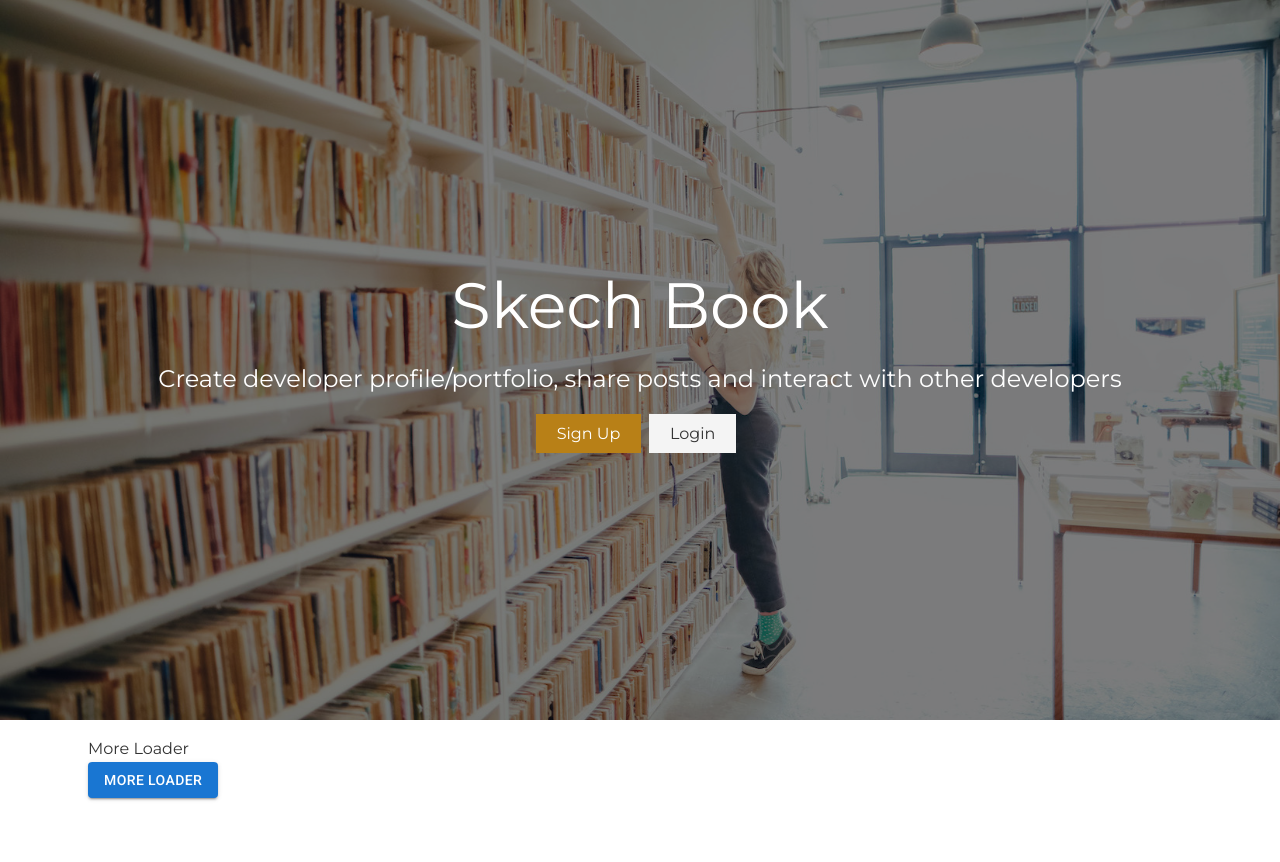
Repository: devnight0913/skechbook
Page: / (app in client/)
The author's editor kept a copy of each file at every save. The page is drawn from the files as they stood at one save, then again after the next save.
The browser window is 1280 px wide. The pictures show the whole page.
The page's requests for data from a server got no answer. Some web libraries are served in a nearby version. The project was rebuilt for these pictures with package versions that can differ from the ones it lists, and the page was loaded fresh each time. No one was signed in, and anything a server would have sent is missing. Also part of the build but not shown: client/craco.config.js, client/src/components/auth/Login.js, client/src/components/auth/Register.js, client/src/components/dashboard/DashboardActions.js, client/src/actions/profile.js, client/src/utils/formatDate.js, client/src/components/dashboard/Experience.js, client/src/components/dashboard/Education.js and 24 more.

Above is the page before, as saved 2023-07-24 21:53:30.

### client/public/index.html
<!DOCTYPE html>
<html lang="en">
  <head>
    <meta charset="utf-8" />
    <link rel="icon" href="%PUBLIC_URL%/favicon.ico" />
    <meta name="viewport" content="width=device-width, initial-scale=1" />
    <meta name="theme-color" content="#000000" />
    <meta
      name="description"
      content="Web site created using create-react-app"
    />
    <link rel="apple-touch-icon" href="%PUBLIC_URL%/logo192.png" />

    <!-- Font Awesome Kit -->
    <script
      src="https://kit.fontawesome.com/9cd49f9282.js"
      crossorigin="anonymous"
    ></script>

    <link rel="manifest" href="%PUBLIC_URL%/manifest.json" />
    <title>Welcome to DevBook</title>
  </head>
  <body>
    <noscript>You need to enable JavaScript to run this app.</noscript>
    <div id="root"></div>
  </body>
</html>

### client/src/index.js
import { render } from 'react-dom';

import '@fontsource/roboto/300.css';
import '@fontsource/roboto/400.css';
import '@fontsource/roboto/500.css';
import '@fontsource/roboto/700.css';
import './index.css'

import App from './App';

render(<App />, document.getElementById('root'));

### client/src/App.js
import { useEffect } from 'react';
import { BrowserRouter, Routes, Route } from 'react-router-dom';

// import Navbar from './components/layout/Navbar';
import Landing from './components/layout/Landing';
import Login from './components/auth/Login';
import Register from './components/auth/Register';
import Alert from './components/layout/Alert';
import Dashboard from './components/dashboard/Dashboard';
import ProfileForm from './components/profile-form/ProfileForm';
import AddExperience from './components/profile-form/AddExperience';
import AddEducation from './components/profile-form/AddEducation';
import Profiles from './components/profiles/Profiles';
import Profile from './components/profile/Profile';
import Posts from './components/posts/Posts';
import Post from './components/post/Post';
import NotFound from './components/layout/NotFound';
import PrivateRoute from './components/routing/PrivateRoute';
import Book from './components/layout/Book';

// Redux
import { Provider } from 'react-redux';
import { store } from './store';
import { loadUser } from './actions/auth';
import { LOGOUT } from './actions/types';
import setAuthToken from './utils/setAuthToken';

import './App.css';
import Footer from './components/layout/Footer';

const App = () => {
  useEffect(() => {
    // check for token in LS when app first runs
    if (localStorage.token) {
      // if there is a token set axios headers for all requests
      setAuthToken(localStorage.token);
    }
    // try to fetch a user, if no token or invalid token we
    // will get a 401 response from our API
    store.dispatch(loadUser());

    // log user out from all tabs if they log out in one tab
    window.addEventListener('storage', () => {
      if (!localStorage.token) store.dispatch({ type: LOGOUT });
    });
  }, []);

  return (
    <Provider store={store}>
      <BrowserRouter>
        {/* <Navbar /> */}

        <Alert />

        <Routes>
          <Route path='/' element={<Landing />} />
          <Route path='register' element={<Register />} />
          <Route path='login' element={<Login />} />
          <Route path='profiles' element={<Profiles />} />
          <Route path='profile/:id' element={<Profile />} />
          <Route path='/book/:id' element={<Book />} />
          <Route
            path='dashboard'
            element={<PrivateRoute component={Dashboard} />}
          />
          <Route
            path='create-profile'
            element={<PrivateRoute component={ProfileForm} />}
          />
          <Route
            path='edit-profile'
            element={<PrivateRoute component={ProfileForm} />}
          />
          <Route
            path='add-experience'
            element={<PrivateRoute component={AddExperience} />}
          />
          <Route
            path='add-education'
            element={<PrivateRoute component={AddEducation} />}
          />
          <Route path='posts' element={<PrivateRoute component={Posts} />} />
          <Route path='posts/:id' element={<PrivateRoute component={Post} />} />
          <Route path='/*' element={<NotFound />} />
        </Routes>

        <Footer />
      </BrowserRouter>
    </Provider>
  );
};

export default App;

### client/src/components/layout/Landing.js
import { Link, Navigate } from 'react-router-dom';
import { connect } from 'react-redux';
import PropTypes from 'prop-types';

const Landing = ({ isAuthenticated }) => {
  if (isAuthenticated) {
    return <Navigate to='/dashboard' />;
  }

  return (
    <section className='landing'>
      <div className='dark-overlay'>
        <div className='landing-inner'>
          <h1 className='x-large'>Skech Book</h1>

          <p className='lead'>
            Create developer profile/portfolio, share posts and interact with
            other developers
          </p>

          <div className='buttons'>
            <Link to='/register' className='btn btn-primary'>
              Sign Up
            </Link>

            <Link to='/login' className='btn'>
              Login
            </Link>
          </div>
        </div>
      </div>
    </section>
  );
};

Landing.propTypes = {
  isAuthenticated: PropTypes.bool,
};

const mapStateToProps = (state) => ({
  isAuthenticated: state.auth.isAuthenticated,
});

export default connect(mapStateToProps)(Landing);

### client/src/components/layout/Alert.js
import PropTypes from 'prop-types';
import { connect } from 'react-redux';

const Alert = ({ alerts }) => (
  <div className='alert-wrapper'>
    {alerts.map((alert) => (
      <div key={alert.id} className={`alert alert-${alert.alertType}`}>
        {alert.msg}
      </div>
    ))}
  </div>
);

Alert.propTypes = {
  alerts: PropTypes.array.isRequired,
};

const mapStateToProps = (state) => ({ alerts: state.alert });

export default connect(mapStateToProps)(Alert);

### client/src/App.css
@import url('https://fonts.googleapis.com/css?family=Montserrat|Raleway&display=swap');
.m-1 {
  margin: 1rem;
}

.my-1 {
  margin: 1rem 0;
}

.p-1 {
  padding: 1rem;
}

.py-1 {
  padding: 1rem 0;
}

.m-2 {
  margin: 2rem;
}

.my-2 {
  margin: 2rem 0;
}

.p-2 {
  padding: 2rem;
}

.py-2 {
  padding: 2rem 0;
}

.m-3 {
  margin: 3rem;
}

.my-3 {
  margin: 3rem 0;
}

.p-3 {
  padding: 3rem;
}

.py-3 {
  padding: 3rem 0;
}

.m-4 {
  margin: 4rem;
}

.my-4 {
  margin: 4rem 0;
}

.p-4 {
  padding: 4rem;
}

.py-4 {
  padding: 4rem 0;
}

.m-5 {
  margin: 5rem;
}

.my-5 {
  margin: 5rem 0;
}

.p-5 {
  padding: 5rem;
}

.py-5 {
  padding: 5rem 0;
}

.container {
  max-width: 1100px;
  margin: auto;
  overflow: hidden;
  padding: 0 2rem;
  margin-top: 6rem;
  margin-bottom: 3rem;
}

.x-large {
  font-size: 4rem;
  line-height: 1.2;
  margin-bottom: 1rem;
}

.large {
  font-size: 3rem;
  line-height: 1.2;
  margin-bottom: 1rem;
}

.lead {
  font-size: 1.5rem;
  margin-bottom: 1rem;
}

.text-primary {
  color: #b88017;
}

.round-img {
  border-radius: 50%;
}

.line {
  height: 1px;
  background: #ccc;
  margin: 1.5rem 0;
}

.bg-primary {
  background-color: #b88017;
  color: #fff;
}

.bg-light {
  background-color: #f4f4f4;
  color: #333;
  border: #ccc 1px solid;
}

.bg-dark {
  background-color: #403734;
  color: #fff;
}

.bg-success {
  background-color: #28a745;
  color: #fff;
}

.bg-danger {
  background-color: #dc3545;
  color: #fff;
}

.bg-white {
  background-color: #fff;
  color: #333;
  border: #ccc 1px solid;
}

.btn {
  display: inline-block;
  background: #f4f4f4;
  color: #333;
  padding: 0.4rem 1.3rem;
  border: none;
  cursor: pointer;
  font-size: 1rem;
  margin-right: 0.5rem;
  outline: none;
  -webkit-transition: all 0.2s ease-in;
  transition: all 0.2s ease-in;
}

.btn.btn-primary {
  background-color: #b88017;
  color: #fff;
}

.btn.btn-primary:hover {
  background: #cf901a;
}

.btn.btn-dark {
  background-color: #403734;
  color: #fff;
}

.btn.btn-dark:hover {
  background: #4e433f;
}

.btn.btn-success {
  background-color: #28a745;
  color: #fff;
}

.btn.btn-success:hover {
  background: #2dbc4e;
}

.btn.btn-danger {
  background-color: #dc3545;
  color: #fff;
}

.btn.btn-danger:hover {
  background: #e04b59;
}

.btn:hover {
  background: #786762;
  color: #fff;
}

.alert {
  padding: 0.8rem;
  margin: 1rem;
  opacity: 0.9;
  background: #f4f4f4;
  color: #333;
}

.alert.alert-primary {
  background-color: #b88017;
  color: #fff;
}

.alert.alert-dark {
  background-color: #403734;
  color: #fff;
}

.alert.alert-success {
  background-color: #28a745;
  color: #fff;
}

.alert.alert-danger {
  background-color: #dc3545;
  color: #fff;
}

.badge {
  font-size: 0.8rem;
  padding: 0.1rem;
  text-align: center;
  margin: 0.3rem;
  background: #f4f4f4;
  color: #333;
}

.badge.badge-primary {
  background-color: #b88017;
  color: #fff;
}

.badge.badge-dark {
  background-color: #403734;
  color: #fff;
}

.badge.badge-success {
  background-color: #28a745;
  color: #fff;
}

.badge.badge-danger {
  background-color: #dc3545;
  color: #fff;
}

.dark-overlay {
  height: 100%;
  width: 100%;
  position: absolute;
  top: 0;
  left: 0;
  background-color: rgba(0, 0, 0, 0.5);
}

.table th,
.table td {
  padding: 1rem;
  text-align: left;
}

.table th {
  background: #f4f4f4;
}

.form-group {
  margin: 1.2rem 0;
}

.form-text {
  display: block;
  margin-top: 0.3rem;
  color: #888;
}

.form input[type='text'],
.form input[type='email'],
.form input[type='password'],
.form input[type='date'],
.form select,
.form textarea {
  display: block;
  width: 100%;
  padding: 0.4rem;
  font-size: 1.2rem;
  border: 1px solid #ccc;
}

.form input[type='submit'] {
  font: inherit;
}

.form .social-input {
  display: -webkit-box;
  display: -ms-flexbox;
  display: flex;
}

.form .social-input i {
  padding: 0.5rem;
  width: 4rem;
}

.form .social-input i.fa-twitter {
  color: #55acee;
}

.form .social-input i.fa-facebook {
  color: #3b5999;
}

.form .social-input i.fa-youtube {
  color: #cd201f;
}

.form .social-input i.fa-reddit {
  color: #ff5700;
}

.form .social-input i.fa-linkedin {
  color: #0077b5;
}

.form .social-input i.fa-instagram {
  color: #e4405f;
}

* {
  -webkit-box-sizing: border-box;
  box-sizing: border-box;
  margin: 0;
  padding: 0;
}

body {
  font-family: 'Montserrat', 'Raleway', sans-serif;
  font-size: 1rem;
  line-height: 1.6;
  background-color: #fff;
  color: #333;
}

a {
  text-decoration: none;
  color: #b88017;
}

ul {
  list-style-type: none;
}

img {
  width: 100%;
}

.navbar {
  display: -webkit-box;
  display: -ms-flexbox;
  display: flex;
  -webkit-box-align: center;
  -ms-flex-align: center;
  align-items: center;
  -webkit-box-pack: justify;
  -ms-flex-pack: justify;
  justify-content: space-between;
  padding: 0.7rem 2rem;
  position: fixed;
  z-index: 1;
  width: 100%;
  top: 0;
  border-bottom: solid 1px #b88017;
  opacity: 0.9;
}

.navbar ul {
  display: -webkit-box;
  display: -ms-flexbox;
  display: flex;
}

.navbar a {
  color: #b88017;
  padding: 0.45rem;
  margin: 0 0.25rem;
}

.navbar a:hover {
  color: #fff;
}

.landing {
  position: relative;
  background: url('./img/showcase.jpg') no-repeat center center/cover;
  height: 100vh;
}

.landing-inner {
  color: #fff;
  height: 100%;
  display: -webkit-box;
  display: -ms-flexbox;
  display: flex;
  -webkit-box-orient: vertical;
  -webkit-box-direction: normal;
  -ms-flex-direction: column;
  flex-direction: column;
  width: 80%;
  margin: auto;
  -webkit-box-align: center;
  -ms-flex-align: center;
  align-items: center;
  -webkit-box-pack: center;
  -ms-flex-pack: center;
  justify-content: center;
  text-align: center;
}

.profile {
  display: -ms-grid;
  display: grid;
  -ms-grid-columns: 2fr 4fr 2fr;
  grid-template-columns: 2fr 4fr 2fr;
  grid-gap: 2rem;
  -webkit-box-align: center;
  -ms-flex-align: center;
  align-items: center;
  padding: 1rem;
  line-height: 1.8;
  margin-bottom: 1rem;
}

.profile-grid {
  display: -ms-grid;
  display: grid;
  grid-template-areas: 'top top' 'about about' 'exp edu' 'github github';
  grid-gap: 1rem;
}

.profile-grid .profile-top {
  -ms-grid-row: 1;
  -ms-grid-column: 1;
  -ms-grid-column-span: 2;
  grid-area: top;
  display: -webkit-box;
  display: -ms-flexbox;
  display: flex;
  -webkit-box-orient: vertical;
  -webkit-box-direction: normal;
  -ms-flex-direction: column;
  flex-direction: column;
  -webkit-box-align: center;
  -ms-flex-align: center;
  align-items: center;
  -webkit-box-pack: center;
  -ms-flex-pack: center;
  justify-content: center;
  text-align: center;
}

.profile-grid .profile-top img {
  width: 250px;
}

.profile-grid .profile-top .icons a {
  color: #fff;
  margin: 0 0.3rem;
}

.profile-grid .profile-top .icons a:hover {
  color: #403734;
}

.profile-grid .profile-about {
  -ms-grid-row: 2;
  -ms-grid-column: 1;
  -ms-grid-column-span: 2;
  grid-area: about;
  text-align: center;
}

.profile-grid .profile-about .skills {
  display: -webkit-box;
  display: -ms-flexbox;
  display: flex;
  -webkit-box-pack: center;
  -ms-flex-pack: center;
  justify-content: center;
  -webkit-box-align: center;
  -ms-flex-align: center;
  align-items: center;
  text-align: center;
}

.profile-grid .profile-exp {
  -ms-grid-row: 3;
  -ms-grid-column: 1;
  grid-area: exp;
}

.profile-grid .profile-edu {
  -ms-grid-row: 3;
  -ms-grid-column: 2;
  grid-area: edu;
}

.profile-grid .profile-exp > div,
.profile-grid .profile-edu > div {
  margin-bottom: 1rem;
  padding-bottom: 1rem;
  border-bottom: #ccc 1px dotted;
}

.profile-grid .profile-exp > div:last-child,
.profile-grid .profile-edu > div:last-child {
  border: none;
}

.profile-grid .profile-exp p,
.profile-grid .profile-edu p {
  margin: 0.5rem 0;
}

.profile-grid .profile-github {
  -ms-grid-row: 4;
  -ms-grid-column: 1;
  -ms-grid-column-span: 2;
  grid-area: github;
}

.profile-grid .profile-github .repo {
  display: -webkit-box;
  display: -ms-flexbox;
  display: flex;
}

.profile-grid .profile-github .repo > div:first-child {
  -webkit-box-flex: 7;
  -ms-flex: 7;
  flex: 7;
  -ms-flex-preferred-size: 70%;
  flex-basis: 70%;
}

.profile-grid .profile-github .repo > div:last-child {
  -webkit-box-flex: 3;
  -ms-flex: 3;
  flex: 3;
  -ms-flex-preferred-size: 20%;
  flex-basis: 20%;
}

.post-form-header {
  padding: 0.5rem;
}

.post {
  display: -ms-grid;
  display: grid;
  -ms-grid-columns: 1fr 4fr;
  grid-template-columns: 1fr 4fr;
  grid-gap: 2rem;
  -webkit-box-align: center;
  -ms-flex-align: center;
  align-items: center;
}

.post > div:first-child {
  text-align: center;
}

.post img {
  width: 150px;
}

.post .comment-count {
  background: var(--light-color);
  color: var(--primary-color);
  padding: 0.1rem 0.2rem;
  border-radius: 5px;
  font-size: 0.8rem;
}

.post .post-date {
  color: #aaa;
  font-size: 0.8rem;
  margin-bottom: 0.5rem;
}

@media (max-width: 700px) {
  .hide-sm {
    display: none;
  }
  .container {
    margin-top: 8rem;
  }
  .x-large {
    font-size: 3rem;
  }
  .large {
    font-size: 2rem;
  }
  .lead {
    font-size: 1rem;
  }
  .navbar {
    display: block;
    text-align: center;
  }
  .navbar ul {
    text-align: center;
    -webkit-box-pack: center;
    -ms-flex-pack: center;
    justify-content: center;
  }
  .navbar h1 {
    margin-bottom: 1rem;
  }
  .dash-buttons a {
    display: block;
    width: 100%;
    margin-bottom: 0.2rem;
  }
  .profile {
    -ms-grid-columns: 1fr;
    grid-template-columns: 1fr;
    text-align: center;
  }
  .profile ul {
    display: none;
  }
  .profile-grid {
    grid-template-areas: 'top' 'about' 'exp' 'edu' 'github';
  }
  .profile-about .skills {
    -webkit-box-orient: vertical;
    -webkit-box-direction: normal;
    -ms-flex-direction: column;
    flex-direction: column;
  }
  .post {
    -ms-grid-columns: 1fr;
    grid-template-columns: 1fr;
  }
  .post a,
  .post button {
    padding: 0.3rem 0.4rem;
  }
}

.alert-wrapper {
  position: fixed;
  top: 4rem;
  right: 2rem;
  display: inline-block;
}

### client/src/actions/alert.js
import { v4 as uuidv4 } from 'uuid';

import { SET_ALERT, REMOVE_ALERT } from './types';

export const setAlert =
  (msg, alertType, timeout = 5000) =>
  (dispatch) => {
    const id = uuidv4();

    dispatch({
      type: SET_ALERT,
      payload: { msg, alertType, id },
    });

    setTimeout(
      () =>
        dispatch({
          type: REMOVE_ALERT,
          payload: id,
        }),
      timeout
    );
  };

### client/src/reducers/index.js
import { combineReducers } from "redux";

import alertReducer from "./alert";
import authReducer from "./auth";
import profileReducer from "./profile";
import postReducer from "./post";

import bookReducer from "./book";

export default combineReducers({
  alert: alertReducer,
  auth: authReducer,
  profile: profileReducer,
  post: postReducer,
  book: bookReducer,
});

### client/src/reducers/alert.js
import { SET_ALERT, REMOVE_ALERT } from '../actions/types';

const initialState = [];

const alertReducer = (state = initialState, action) => {
  const { type, payload } = action;

  switch (type) {
    case SET_ALERT:
      return [...state, payload];
    case REMOVE_ALERT:
      return state.filter((alert) => alert.id !== payload);
    default:
      return state;
  }
};

export default alertReducer;

Loaded but not shown: client/src/index.css (common file); client/src/utils/setAuthToken.js (common file); client/tailwind.config.js (common file); client/src/components/layout/Footer.js (69 lines, source omitted); client/src/reducers/post.js (83 lines, source omitted); client/src/actions/auth.js (78 lines, source omitted); client/src/actions/types.js (36 lines, source omitted); client/src/reducers/profile.js (66 lines, source omitted); client/src/store.js (38 lines, source omitted); client/src/reducers/auth.js (51 lines, source omitted); client/src/utils/api.js (31 lines, source omitted); client/src/actions/book.js (28 lines, source omitted); client/src/reducers/book.js (29 lines, source omitted)

After the next save:
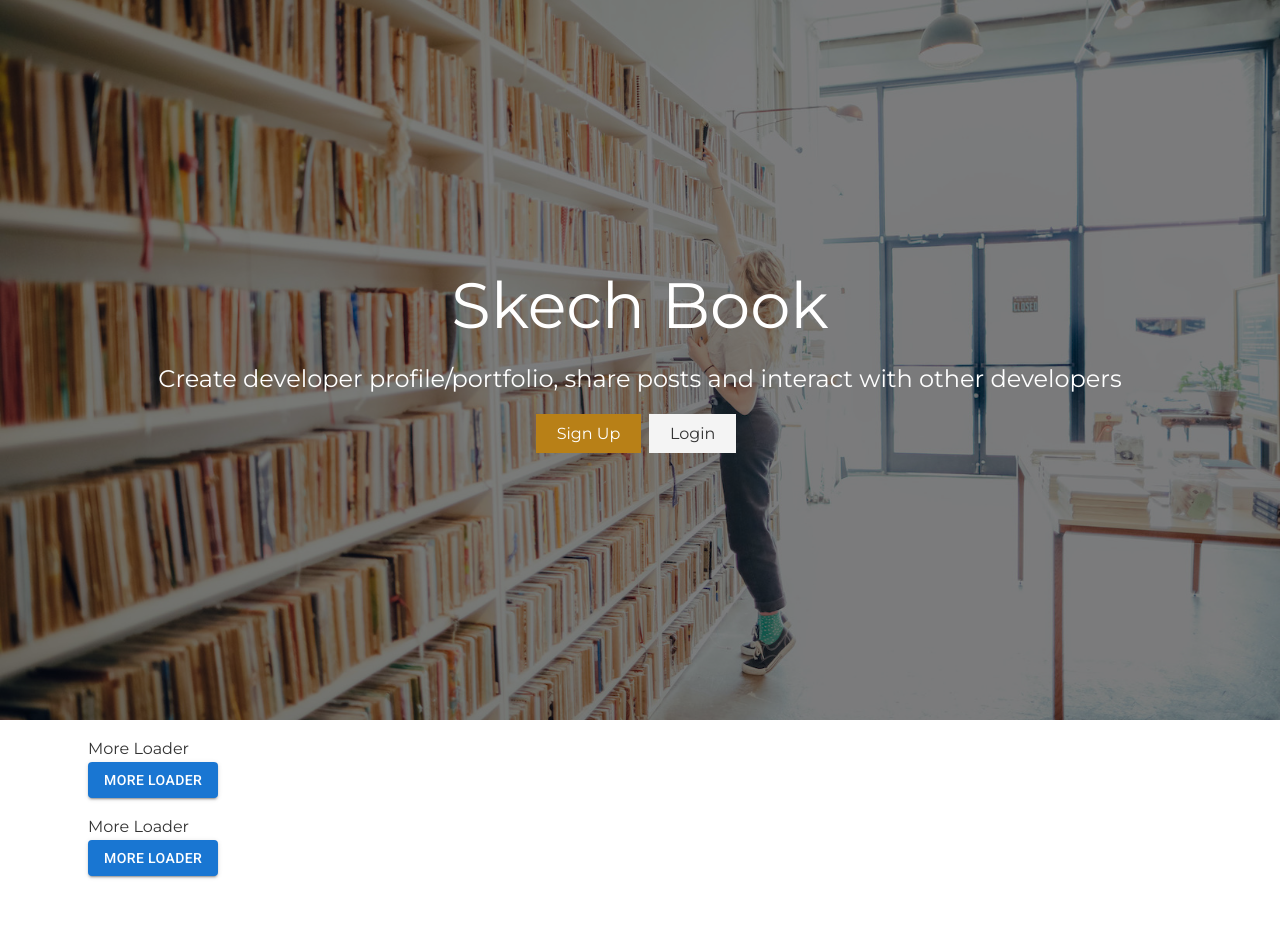
Saved 2 min 2 s later.
--- a/client/src/components/layout/Landing.js
+++ b/client/src/components/layout/Landing.js
@@ -1,35 +1,39 @@
-import { Link, Navigate } from 'react-router-dom';
-import { connect } from 'react-redux';
-import PropTypes from 'prop-types';
+import { Link, Navigate } from "react-router-dom";
+import { connect } from "react-redux";
+import PropTypes from "prop-types";
+import Footer from "./Footer";
 
 const Landing = ({ isAuthenticated }) => {
   if (isAuthenticated) {
-    return <Navigate to='/dashboard' />;
+    return <Navigate to="/dashboard" />;
   }
 
   return (
-    <section className='landing'>
-      <div className='dark-overlay'>
-        <div className='landing-inner'>
-          <h1 className='x-large'>Skech Book</h1>
+    <div>
+      <section className="landing">
+        <div className="dark-overlay">
+          <div className="landing-inner">
+            <h1 className="x-large">Skech Book</h1>
 
-          <p className='lead'>
-            Create developer profile/portfolio, share posts and interact with
-            other developers
-          </p>
+            <p className="lead">
+              Create developer profile/portfolio, share posts and interact with
+              other developers
+            </p>
 
-          <div className='buttons'>
-            <Link to='/register' className='btn btn-primary'>
-              Sign Up
-            </Link>
+            <div className="buttons">
+              <Link to="/register" className="btn btn-primary">
+                Sign Up
+              </Link>
 
-            <Link to='/login' className='btn'>
-              Login
-            </Link>
+              <Link to="/login" className="btn">
+                Login
+              </Link>
+            </div>
           </div>
         </div>
-      </div>
-    </section>
+      </section>
+      <Footer />
+    </div>
   );
 };
 

After the save that followed:
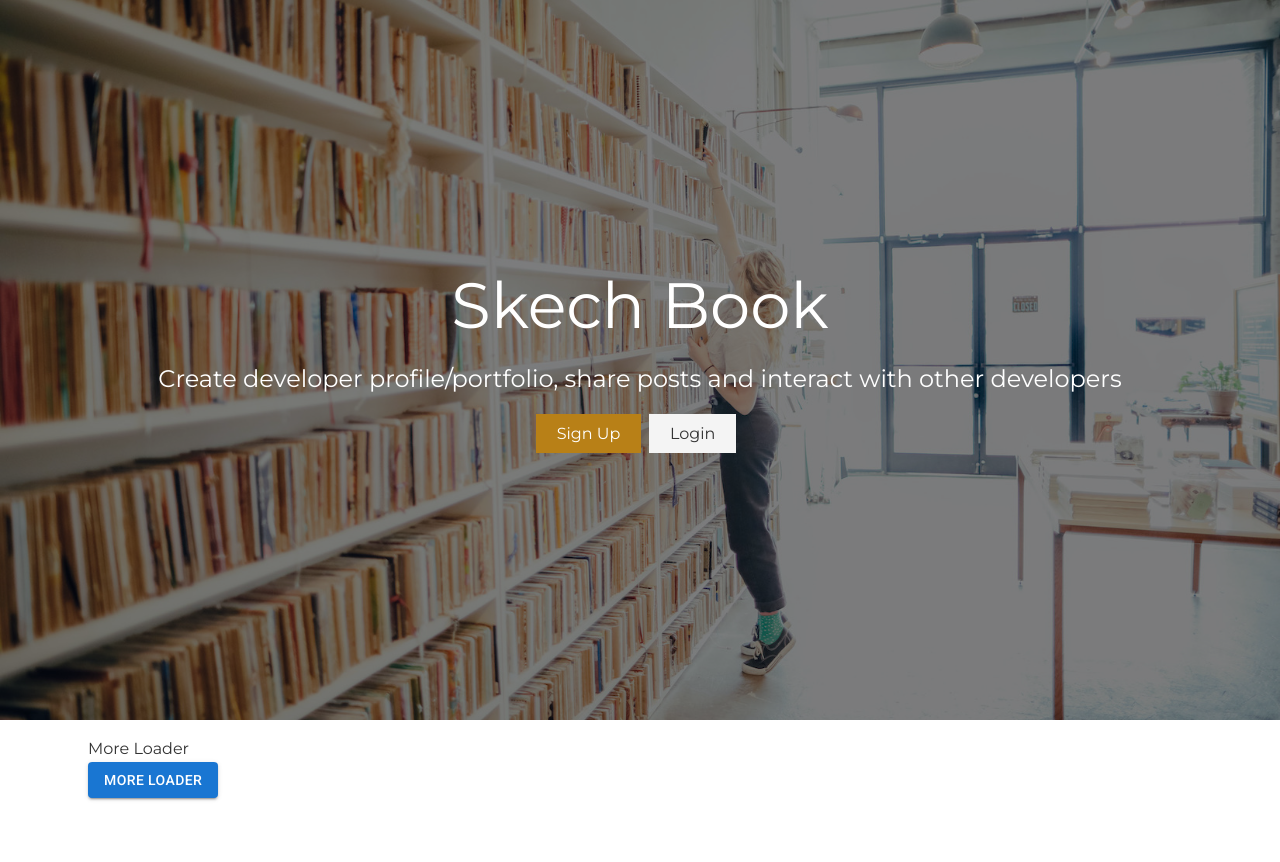
Saved 18 s later.
--- a/client/src/App.js
+++ b/client/src/App.js
@@ -83,8 +83,6 @@ const App = () => {
           <Route path='posts/:id' element={<PrivateRoute component={Post} />} />
           <Route path='/*' element={<NotFound />} />
         </Routes>
-
-        <Footer />
       </BrowserRouter>
     </Provider>
   );
